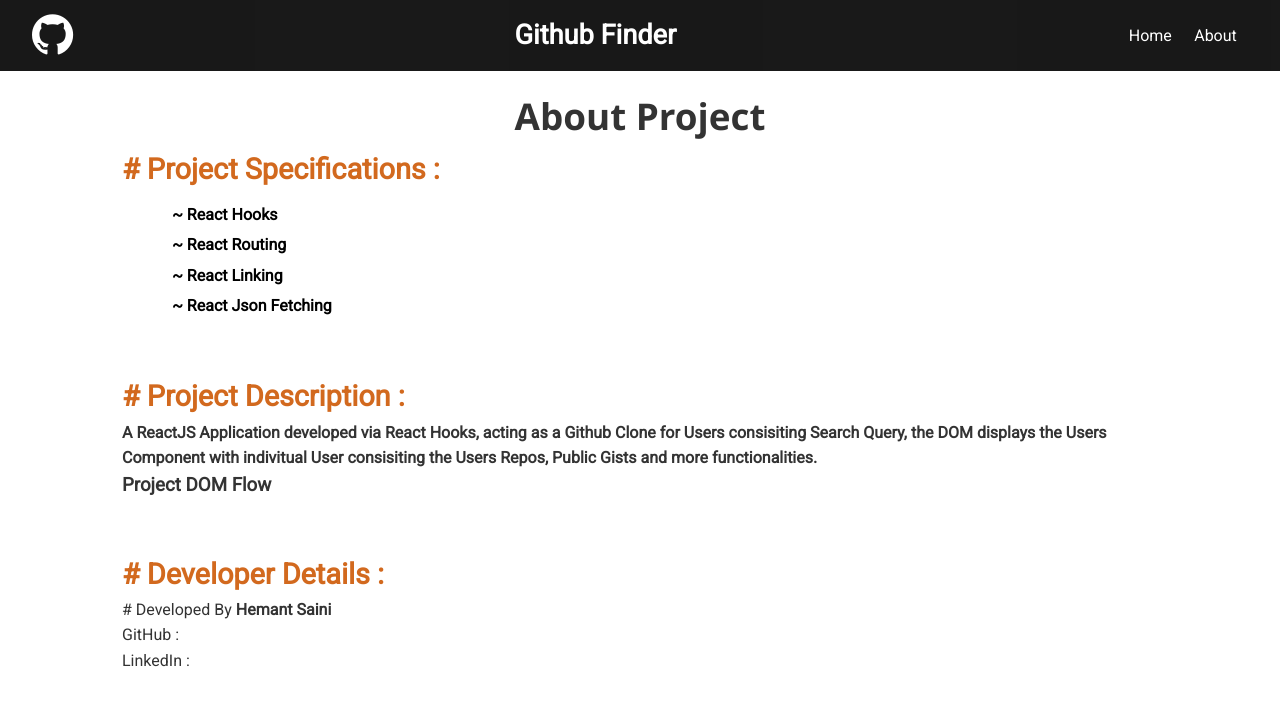
Repository: hemantsaini-7/ReactHooks-GitHub-Clone
Page: /about
These files come from the project's save history. The page is drawn as it stood at one moment and after the next save; the edit follows.
The browser window is 1280 px wide. The pictures show the whole page.
The project was rebuilt for these pictures with package versions that can differ from the ones it lists, and the page was loaded fresh each time. Also part of the build but not shown: src/components/users/UserItem.js, src/components/layout/Spinner.js, src/components/users/Users.js, src/components/repos/RepoItem.js, src/components/repos/Repos.js, src/components/users/User.js, src/components/users/Search.js, src/components/layout/Alert.js.

Above is the page before, as saved 2020-08-06 10:32:33.

After the next save:
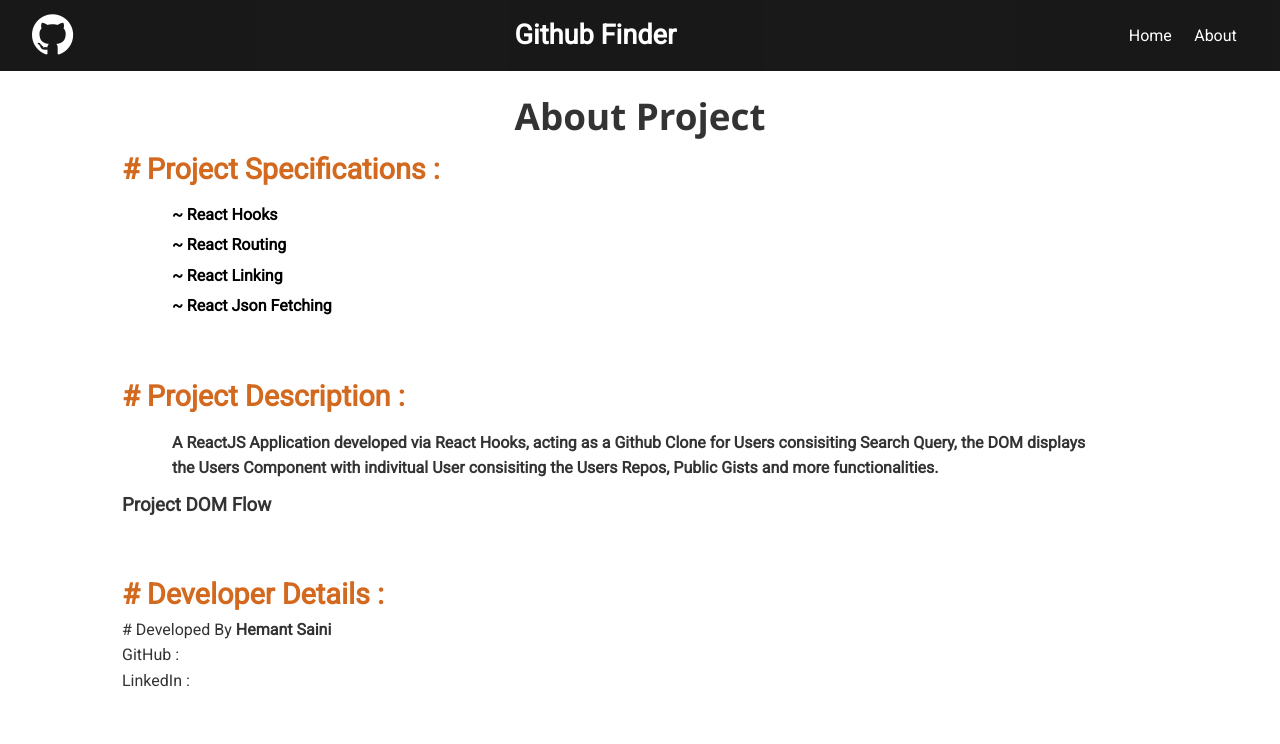
Saved 7 s later.
--- a/src/App.css
+++ b/src/App.css
@@ -405,7 +405,7 @@
   color: chocolate;
 }
 .content-para {
-  margin-left: 10px 50px;
+  margin: 10px 50px;
   font-weight: bold;
 }
 .list {
